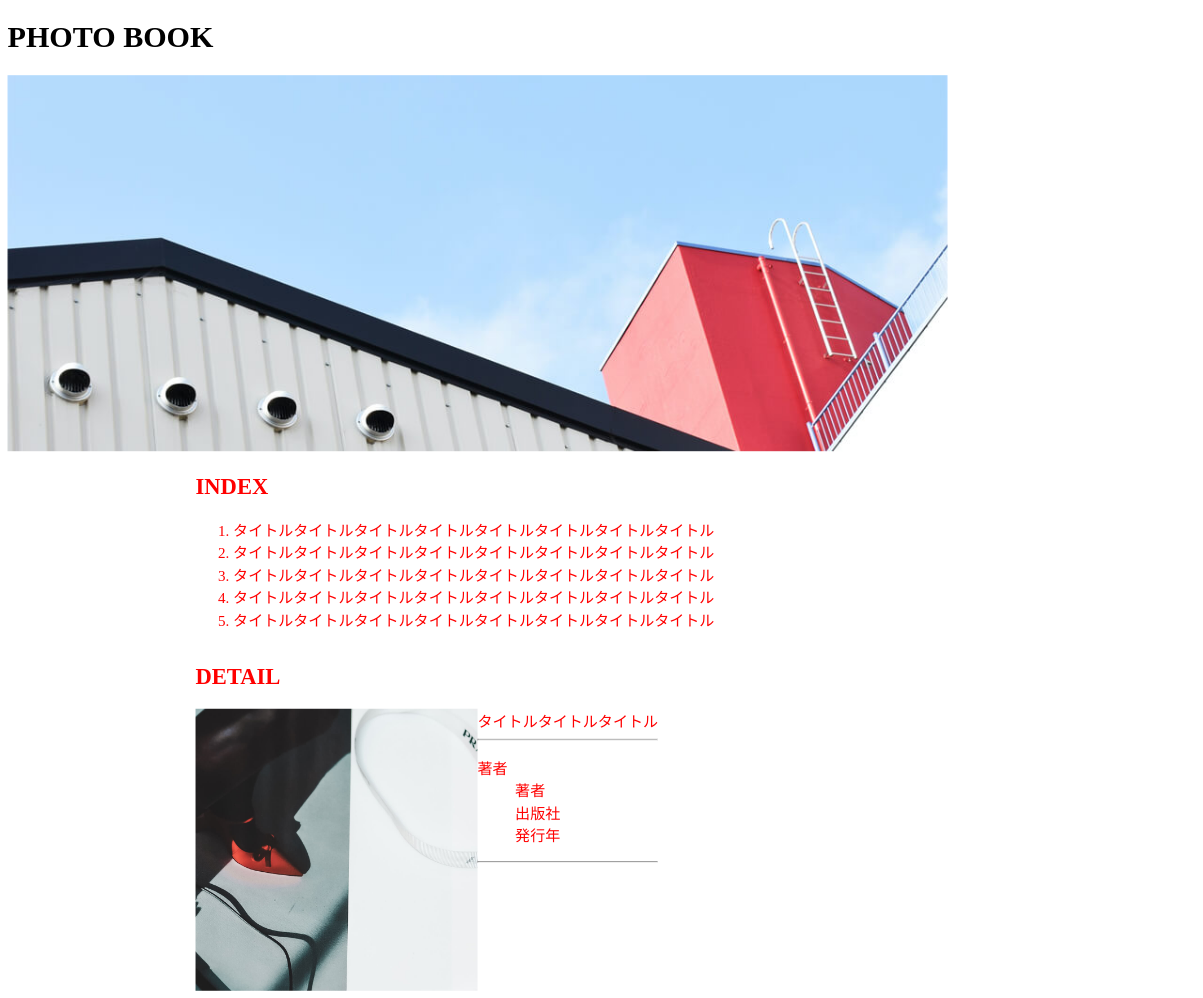
Repository: daytime/LP-study
Page: photo_book/index.html
The author's editor kept a copy of each file at every save. The page is drawn from the files as they stood at one save, then again after the next save.
The browser window is 1280 px wide. The pictures show the whole page, at 94% of full size.

Above is the page before, as saved 2025-01-29 12:19:41.

### photo_book/index.html
<!DOCTYPE html>
<html lang="ja">
  <head>
    <meta charset="UTF-8" />
    <meta name="viewport" content="width=device-width, initial-scale=1.0" />
    <style>
      @import url(./style.css);
    </style>
    <title>PHOTO BOOK</title>
  </head>
  <body>
    <header>
      <h1>PHOTO BOOK</h1>
    </header>
    <img src="img/mainvisual.jpg" alt="ロゴ" />
    <aside>
      <section id="index">
        <div>
          <h2>INDEX</h2>
          <ol number="1">
            <li>
              タイトルタイトルタイトルタイトルタイトルタイトルタイトルタイトル
            </li>
            <li>
              タイトルタイトルタイトルタイトルタイトルタイトルタイトルタイトル
            </li>
            <li>
              タイトルタイトルタイトルタイトルタイトルタイトルタイトルタイトル
            </li>
            <li>
              タイトルタイトルタイトルタイトルタイトルタイトルタイトルタイトル
            </li>
            <li>
              タイトルタイトルタイトルタイトルタイトルタイトルタイトルタイトル
            </li>
          </ol>
        </div>
      </section>
      <section id="detail">
        <div>
          <h2>DETAIL</h2>
          <div>
            <div class="fully">
              <img class="img" src="img/detail.jpg" alt="絵" />
              <div>
                タイトルタイトルタイトル
                <hr />
                <dl>
                  <dt>著者</dt> <dd>著者</dd>
                    <dd>出版社</dd>
                    <dd>発行年</dd>
                  </dt>
                </dl>
                <hr />
              </div>
            </div>
          </div>
        </div>
      </section>
    </aside>
  </body>
</html>

### photo_book/style.css
#index {
  color: red;
  margin-left: 200px;
  display: flex;
  flex-direction: column;
}

.h2 {
}

.img {
  width: 300px;
}

#detail {
  color: red;
  margin-left: 200px;
  display: flex;
  flex-direction: row;
}

.detail {
  display: flex;
  flex-direction: column;
}

.fully {
  display: flex;
  flex-direction: row;
}

After the next save:
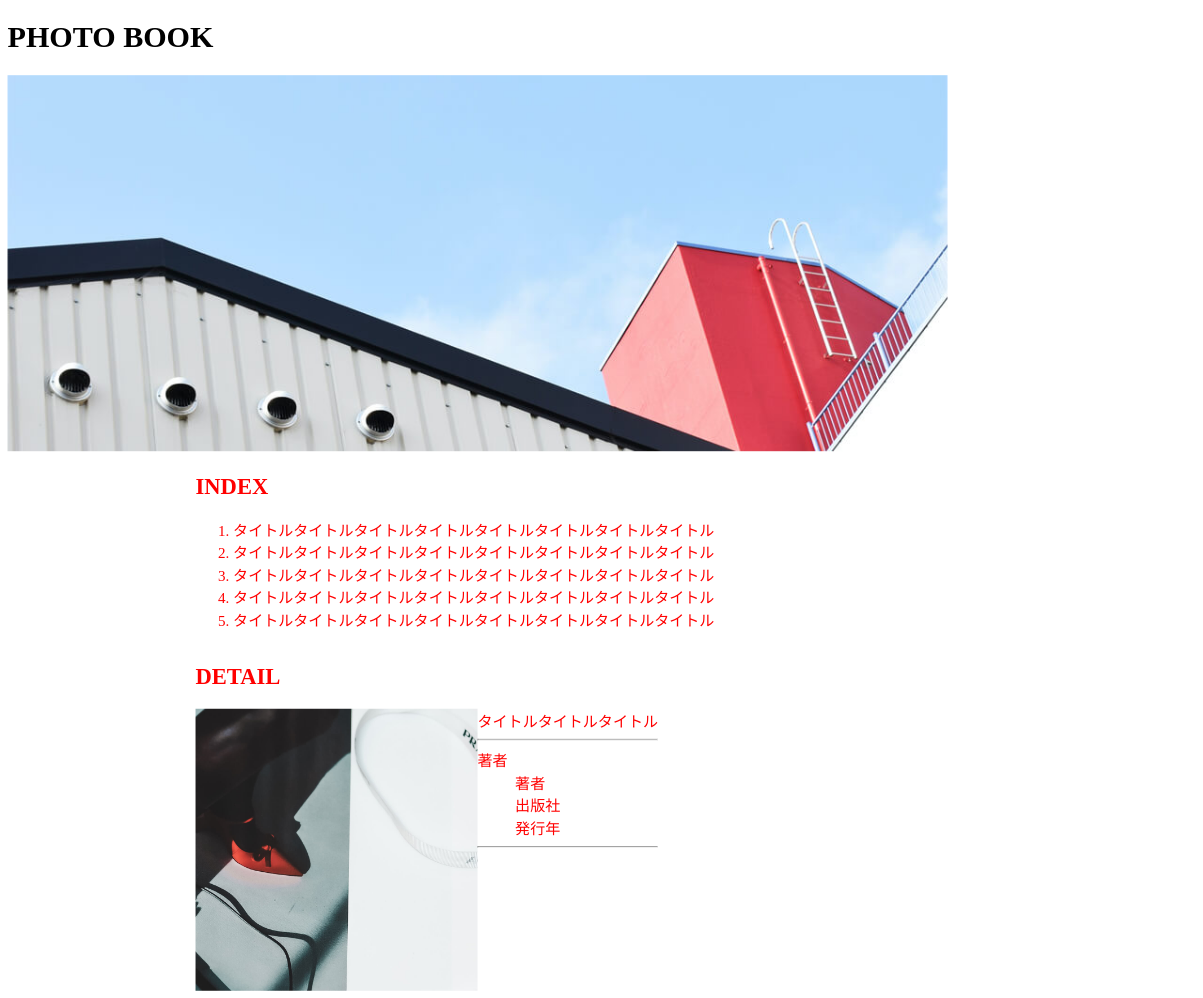
Saved 28 s later.
--- a/photo_book/index.html
+++ b/photo_book/index.html
@@ -45,8 +45,8 @@
               <div>
                 タイトルタイトルタイトル
                 <hr />
-                <dl>
-                  <dt>著者</dt> <dd>著者</dd>
+                <dt>
+                  <dt>著者<dd>著者</dd></dt>
                     <dd>出版社</dd>
                     <dd>発行年</dd>
                   </dt>
